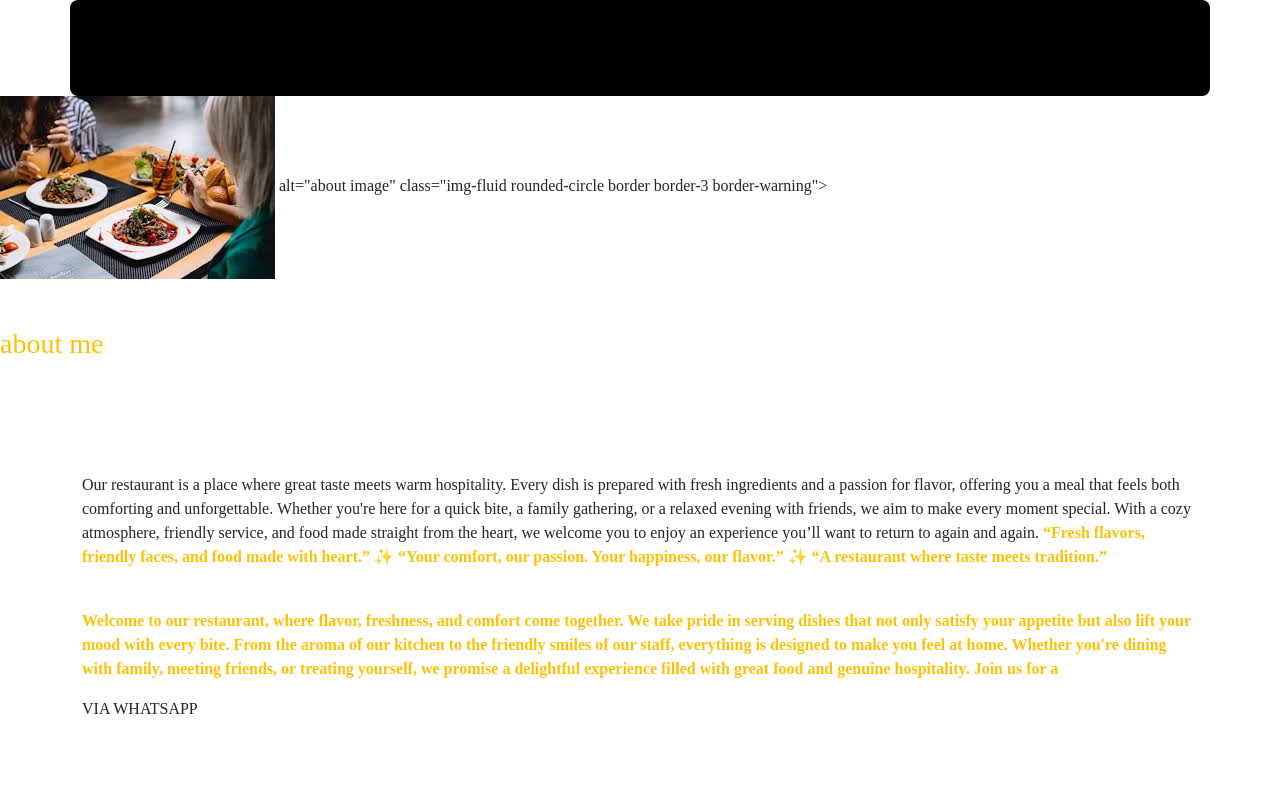
Repository: abeera518/part-2
Page: socialmedia.html
An editor plug-in stored every save of this project. The page is shown before and after the next save, followed by the edit.
The browser window is 1280 px wide. The pictures show the whole page.

Above is the page before, as saved 2025-11-20 23:38:15.

After the next save:
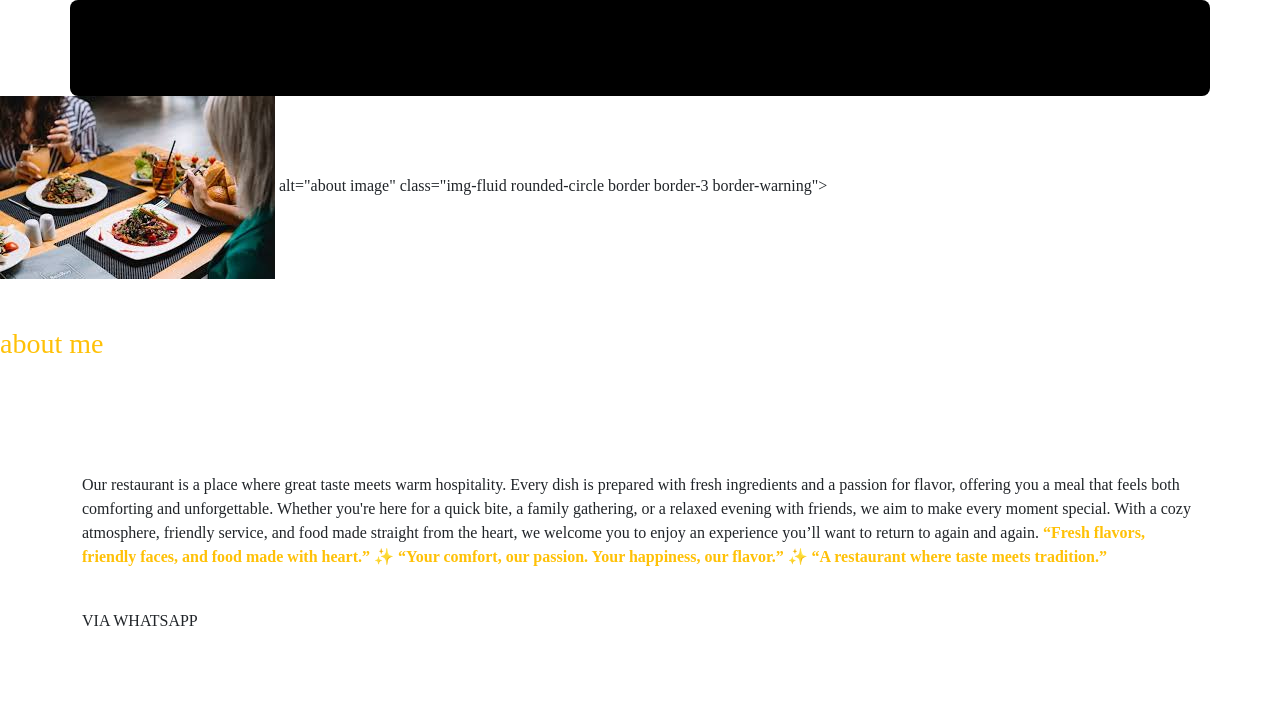
Saved 29 s later.
--- a/socialmedia.html
+++ b/socialmedia.html
@@ -33,9 +33,5 @@
             </b>
         </p>
         <br />
-        <p>
-            <b class="text-warning">Welcome to our restaurant, where flavor, freshness, and comfort come together. We take pride in serving dishes that not
-            only satisfy your appetite but also lift your mood with every bite. From the aroma of our kitchen to the friendly smiles
-            of our staff, everything is designed to make you feel at home. Whether you're dining with family, meeting friends, or
-            treating yourself, we promise a delightful experience filled with great food and genuine hospitality. Join us for a </b>
+
            <div class="contact">VIA WHATSAPP</div>
